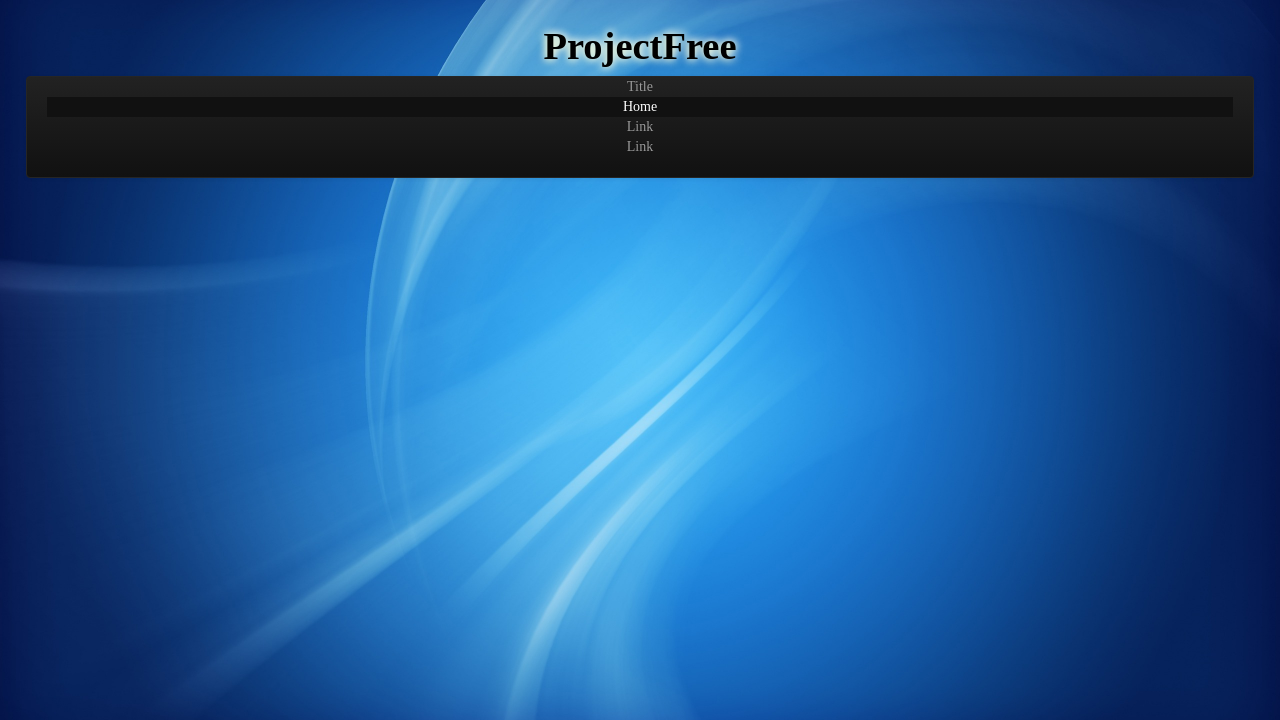
Repository: BrunoRB/ProjetoBanco
Page: http://localhost/templates/header.php
An editor plug-in stored every save of this project. The page is shown before and after the next save, followed by the edit.
The browser window is 1280 px wide. The pictures show the whole page.
The page is run by PHP 8.4 with error messages shown; the project is at /var/www/html/.

Above is the page before, as saved 2013-06-14 03:31:46.

### codigo/ProjectFree/templates/header.php
<!DOCTYPE HTML>

<html lang="pt-BR">
<head>
<meta charset='utf-8' />
<title>Project Free</title>

<meta name="viewport" content="width=device-width, initial-scale=1.0">
<link rel="stylesheet" type="text/css"
	href="../resources/css/bootstrap.css" />
<link rel="stylesheet" type="text/css"
	href="../resources/css/bootstrap-responsive.css" />
<link rel="stylesheet" type="text/css" href="../resources/css/main.css" />

<script type="text/javascript" src="../resources/js/jquery-2.0.2.js"></script>
<script type="text/javascript" src="../resources/js/bootstrap.js"></script>
</head>
<body>
	<header>
		<div class="pagination-centered">
			<h1 class="text-">ProjectFree</h1>
			<nav class="navbar-inverse">
				<div class="navbar-inner ">
					<a class="brand" href="#">Title</a>
					<ul class="nav">
						<li class="active"><a href="#">Home</a></li>
						<li><a href="#">Link</a></li>
						<li><a href="#">Link</a></li>
					</ul>
				</div>
			</nav>
		</div>
	</header>

### codigo/ProjectFree/resources/css/main.css

body {
    font-family: Times New Roman;
    background: url(../img/blue.jpg) no-repeat center center fixed;
    background-size: cover;
	margin: 2% !important;
}

h1 {
	color: #aaf;
    text-shadow: none;
    -webkit-transition: 500ms linear 0s;
    -moz-transition: 500ms linear 0s;
    -o-transition: 500ms linear 0s;
    transition: 500ms linear 0s;
    outline: 0 none;
    color: black;
    text-shadow: -1px 1px 8px #ffc, 1px -1px 8px #fff;

}

h1:hover, button:hover {
	color: white;
    text-shadow: -1px 1px 8px #ffc, 1px -1px 8px #fff;
}

.verticalCenter {
	margin-top: 10%;
}

footer.footer {
	margin-bottom: 1%;
}

#container {
	font-size: large;
}

Loaded but not shown: codigo/ProjectFree/resources/css/bootstrap.css (library); codigo/ProjectFree/resources/css/bootstrap-responsive.css (library); codigo/ProjectFree/resources/js/jquery-2.0.2.js (library); codigo/ProjectFree/resources/js/bootstrap.js (library)

After the next save:
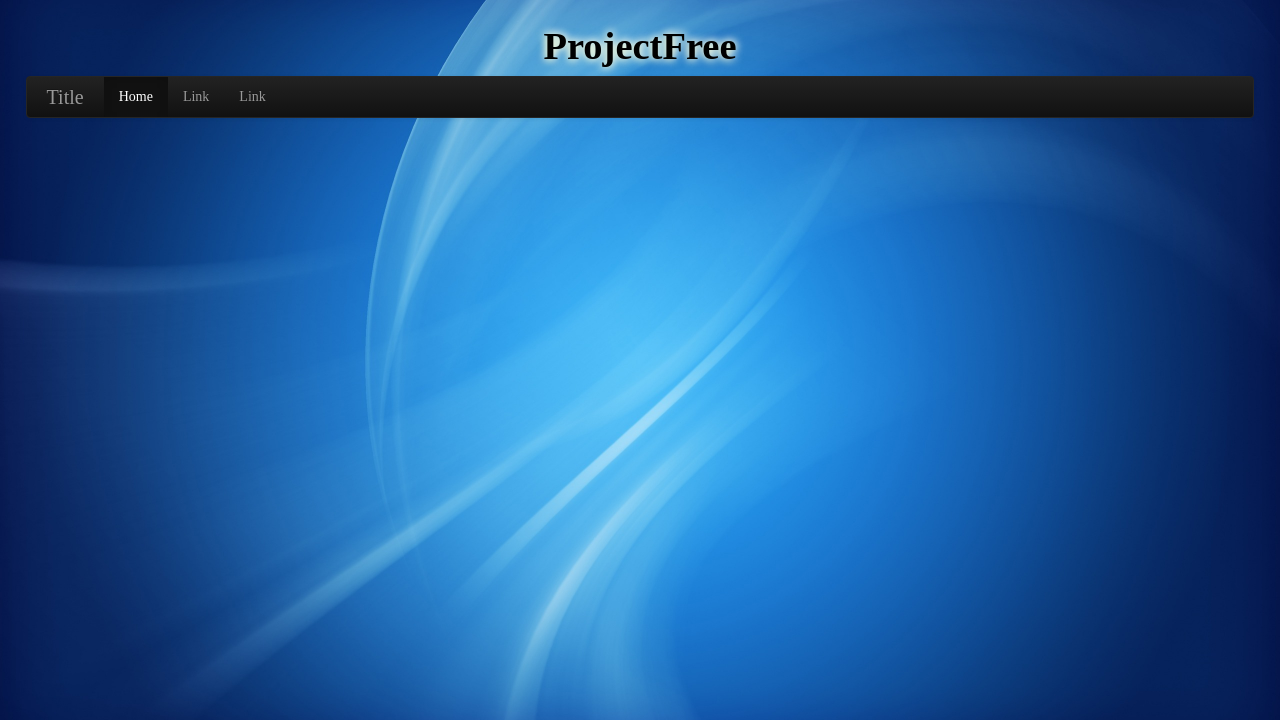
Saved 4 s later.
--- a/codigo/ProjectFree/templates/header.php
+++ b/codigo/ProjectFree/templates/header.php
@@ -20,7 +20,7 @@
 		<div class="pagination-centered">
 			<h1 class="text-">ProjectFree</h1>
 			<nav class="navbar-inverse">
-				<div class="navbar-inner ">
+				<div class="navbar navbar-inner ">
 					<a class="brand" href="#">Title</a>
 					<ul class="nav">
 						<li class="active"><a href="#">Home</a></li>
